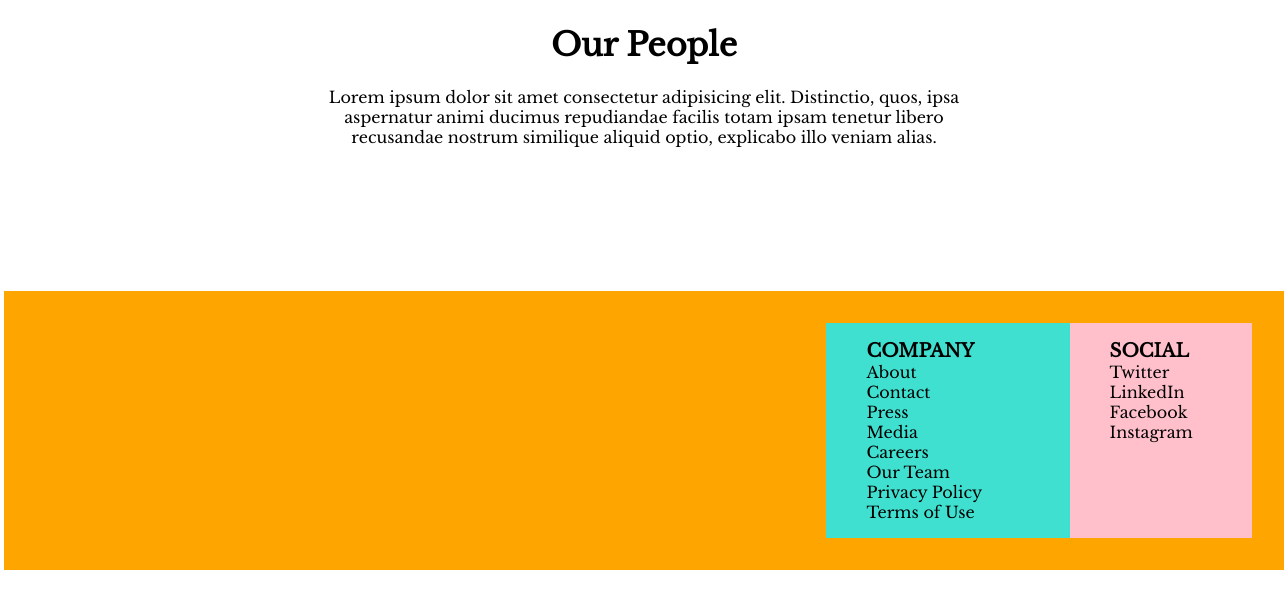
Repository: Tsardines/app
Page: / (app in my-app/)
An editor plug-in stored every save of this project. The page is shown before and after the next save, followed by the edit.
The browser window is 1280 px wide. The page is 1288 px wide, so the pictures cover 1288 px, including what lies to the right of the window. The pictures show the whole page.
The page's requests for data from a server got no answer. The project was rebuilt for these pictures with package versions that can differ from the ones it lists, and the page was loaded fresh each time. No one was signed in, and anything a server would have sent is missing.

Above is the page before, as saved 2018-11-14 19:14:31.

After the next save:
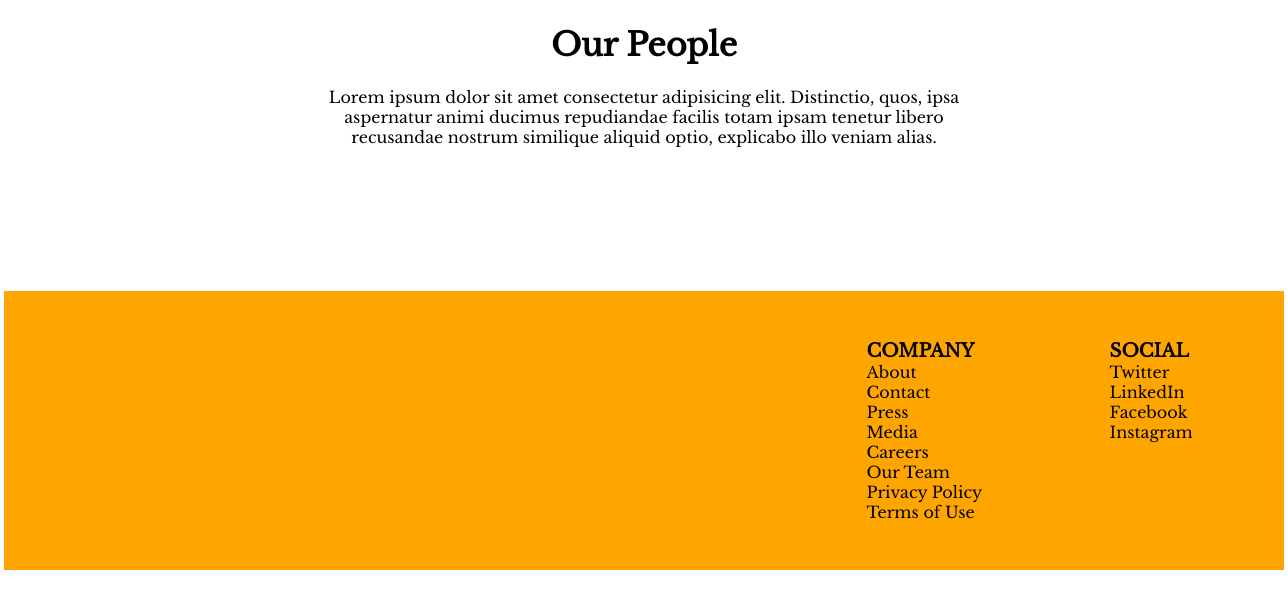
Saved 8 s later.
--- a/my-app/src/components/Footer.css
+++ b/my-app/src/components/Footer.css
@@ -14,13 +14,11 @@
 }
 
 .left {
-    background-color: turquoise;
     float: left;
     width: 20%;
 }
 
 .right {
-    background-color: pink;
     float: right;
     width: 15%;
 }
